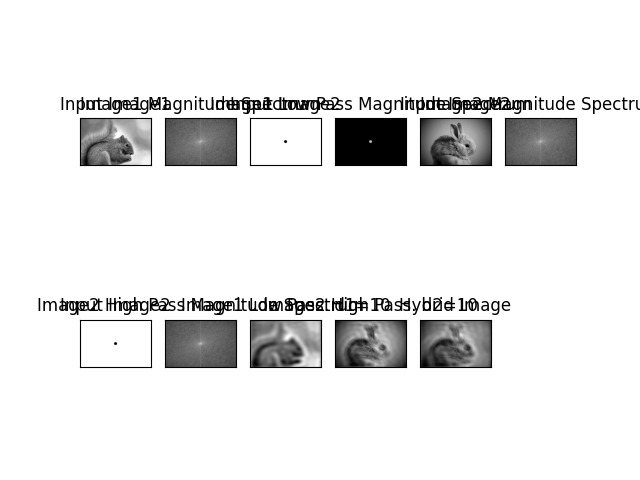
Repository: Yuer-yuan/CV
Script's output: python lab1-hybrid-image/gui/fft.py
These files come from the project's save history. The script's output is drawn as it stood at one moment and after the next save; the edit follows.
Random numbers start from a fixed seed. It also reads lab1-hybrid-image/gui/res/bunny1.png, lab1-hybrid-image/gui/res/squirrel1.png.

Above is the script's output before, as saved 2023-03-26 21:25:49.

### lab1-hybrid-image/gui/fft.py
import cv2
import numpy as np
from matplotlib import pyplot as plt

pairs = [
    ('res/squirrel1.png', 'res/bunny1.png'),
    ('res/cat.jpg', 'res/dog.jpg'),
    ('res/donkey1.png', 'res/zebra1.png'),
]
ksize1, sigma1, ksize2, sigma2 = 39, 11, 21, 5
d1, d2 = 10, 10


def ideal_spectral_filter(shape, d, type='lowpass'):
    m, n = shape
    basic_element = 0 if type == 'lowpass' else 1
    h = np.full((m, n), basic_element, dtype=np.float32)
    for i in range(m):
        for j in range(n):
            if np.sqrt((i - m / 2) ** 2 + (j - n / 2) ** 2) <= d:
                    h[i, j] = ~basic_element
    return h


def spatial_hybrid_image(img1, img2, ksize1, sigma1, ksize2, sigma2):
    img1_low_pass = cv2.GaussianBlur(img1, (ksize1, ksize1), sigma1)
    img2_high_pass = cv2.subtract(img2, cv2.GaussianBlur(img2, (ksize2, ksize2), sigma2))
    hybrid_image = cv2.add(img1_low_pass, img2_high_pass)

    plt.subplot(321), plt.imshow(img1, cmap='gray')
    plt.title('Input Image1'), plt.xticks([]), plt.yticks([])
    plt.subplot(322), plt.imshow(img1_low_pass, cmap='gray')
    plt.title(f'Image1 Low Pass. ksize1 = {ksize1}, sigma1 = {sigma1}'), plt.xticks([]), plt.yticks([])
    plt.subplot(323), plt.imshow(hybrid_image, cmap='gray')
    plt.title('Hybrid Image'), plt.xticks([]), plt.yticks([])
    plt.subplot(324), plt.imshow(img2, cmap='gray')
    plt.title('Input Image2'), plt.xticks([]), plt.yticks([])
    plt.subplot(325), plt.imshow(img2_high_pass, cmap='gray')
    plt.title(f'Image2 High Pass. ksize2 = {ksize2}, sigma2 = {sigma2}'), plt.xticks([]), plt.yticks([])
    plt.show()


def spectral_hybrid_image(image1, image2, d1, d2):  # ref: https://www.youtube.com/watch?v=YVBxM64kpkU
    f1 = np.fft.fft2(np.float32(image1))
    f2 = np.fft.fft2(np.float32(image2))
    f1shift = np.fft.fftshift(f1)
    f2shift = np.fft.fftshift(f2)
    h1 = ideal_spectral_filter(f1.shape, d1, type='lowpass')
    h2 = ideal_spectral_filter(f2.shape, d2, type='highpass')
    f1_filtered = f1shift * h1
    f2_filtered = f2shift * h2
    f1_filtered_shift = np.fft.ifftshift(f1_filtered)
    f2_filtered_shift = np.fft.ifftshift(f2_filtered)
    f1_filtered_ifft = np.fft.ifft2(f1_filtered_shift)
    f2_filtered_ifft = np.fft.ifft2(f2_filtered_shift)
    hybrid_image = np.abs(f1_filtered_ifft) + np.abs(f2_filtered_ifft)

    plt.subplot(2, 6, 1), plt.imshow(image1, cmap='gray')
    plt.title('Input Image1'), plt.xticks([]), plt.yticks([])
    plt.subplot(2, 6, 2), plt.imshow(np.log1p(np.abs(f2shift)), cmap='gray')
    plt.title('Image1 Magnitude Spectrum'), plt.xticks([]), plt.yticks([])
    plt.subplot(2, 6, 3), plt.imshow(h1, cmap='gray')
    plt.title('Input Image2'), plt.xticks([]), plt.yticks([])
    plt.subplot(2, 6, 4), plt.imshow(np.log1p(np.abs(f1_filtered)), cmap='gray')
    plt.title('Image1 Low Pass Magnitude Spectrum'), plt.xticks([]), plt.yticks([])
    plt.subplot(2, 6, 5), plt.imshow(image2, cmap='gray')
    plt.title('Input Image2'), plt.xticks([]), plt.yticks([])
    plt.subplot(2, 6, 6), plt.imshow(np.log1p(np.abs(f2shift)), cmap='gray')
    plt.title('Image2 Magnitude Spectrum'), plt.xticks([]), plt.yticks([])
    plt.subplot(2, 6, 7), plt.imshow(h2, cmap='gray')
    plt.title('Input Image2'), plt.xticks([]), plt.yticks([])
    plt.subplot(2, 6, 8), plt.imshow(np.log1p(np.abs(f2_filtered)), cmap='gray')
    plt.title('Image2 High Pass Magnitude Spectrum'), plt.xticks([]), plt.yticks([])
    plt.subplot(2, 6, 9), plt.imshow(np.abs(f1_filtered_ifft), cmap='gray')
    plt.title(f'Image1 Low Pass. d1={d1}'), plt.xticks([]), plt.yticks([])
    plt.subplot(2, 6, 10), plt.imshow(np.abs(f2_filtered_ifft), cmap='gray')
    plt.title(f'Image2 High Pass. d2={d2}'), plt.xticks([]), plt.yticks([])
    plt.subplot(2, 6, 11), plt.imshow(hybrid_image, cmap='gray')
    plt.title('Hybrid Image'), plt.xticks([]), plt.yticks([])
    plt.show()
    return hybrid_image


if __name__ == '__main__':
    pair_idx = 0
    img1 = cv2.imread(pairs[pair_idx][0], 0)    # read as grayscale
    img2 = cv2.imread(pairs[pair_idx][1], 0)

    # spatial_hybrid_image(img1, img2, ksize1, sigma1, ksize2, sigma2)
    spectral_hybrid_image(img1, img2, d1, d2)

After the next save:
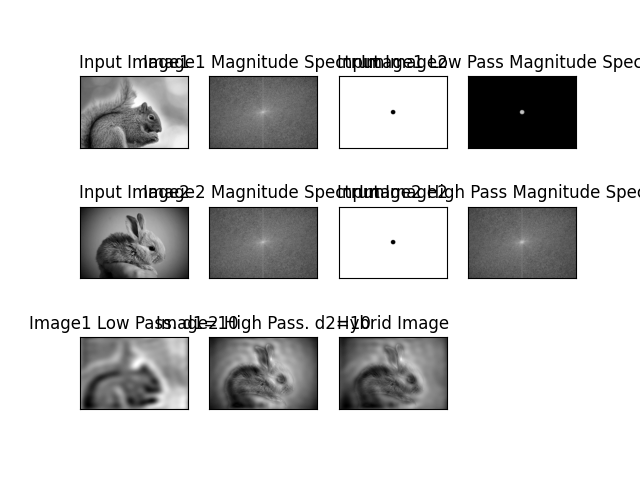
Saved 91 s later.
--- a/lab1-hybrid-image/gui/fft.py
+++ b/lab1-hybrid-image/gui/fft.py
@@ -55,27 +55,27 @@ def spectral_hybrid_image(image1, image2, d1, d2):  # ref: https://www.youtube.c
     f2_filtered_ifft = np.fft.ifft2(f2_filtered_shift)
     hybrid_image = np.abs(f1_filtered_ifft) + np.abs(f2_filtered_ifft)
 
-    plt.subplot(2, 6, 1), plt.imshow(image1, cmap='gray')
+    plt.subplot(3, 4, 1), plt.imshow(image1, cmap='gray')
     plt.title('Input Image1'), plt.xticks([]), plt.yticks([])
-    plt.subplot(2, 6, 2), plt.imshow(np.log1p(np.abs(f2shift)), cmap='gray')
+    plt.subplot(3, 4, 2), plt.imshow(np.log1p(np.abs(f2shift)), cmap='gray')
     plt.title('Image1 Magnitude Spectrum'), plt.xticks([]), plt.yticks([])
-    plt.subplot(2, 6, 3), plt.imshow(h1, cmap='gray')
+    plt.subplot(3, 4, 3), plt.imshow(h1, cmap='gray')
     plt.title('Input Image2'), plt.xticks([]), plt.yticks([])
-    plt.subplot(2, 6, 4), plt.imshow(np.log1p(np.abs(f1_filtered)), cmap='gray')
+    plt.subplot(3, 4, 4), plt.imshow(np.log1p(np.abs(f1_filtered)), cmap='gray')
     plt.title('Image1 Low Pass Magnitude Spectrum'), plt.xticks([]), plt.yticks([])
-    plt.subplot(2, 6, 5), plt.imshow(image2, cmap='gray')
+    plt.subplot(3, 4, 5), plt.imshow(image2, cmap='gray')
     plt.title('Input Image2'), plt.xticks([]), plt.yticks([])
-    plt.subplot(2, 6, 6), plt.imshow(np.log1p(np.abs(f2shift)), cmap='gray')
+    plt.subplot(3, 4, 6), plt.imshow(np.log1p(np.abs(f2shift)), cmap='gray')
     plt.title('Image2 Magnitude Spectrum'), plt.xticks([]), plt.yticks([])
-    plt.subplot(2, 6, 7), plt.imshow(h2, cmap='gray')
+    plt.subplot(3, 4, 7), plt.imshow(h2, cmap='gray')
     plt.title('Input Image2'), plt.xticks([]), plt.yticks([])
-    plt.subplot(2, 6, 8), plt.imshow(np.log1p(np.abs(f2_filtered)), cmap='gray')
+    plt.subplot(3, 4, 8), plt.imshow(np.log1p(np.abs(f2_filtered)), cmap='gray')
     plt.title('Image2 High Pass Magnitude Spectrum'), plt.xticks([]), plt.yticks([])
-    plt.subplot(2, 6, 9), plt.imshow(np.abs(f1_filtered_ifft), cmap='gray')
+    plt.subplot(3, 4, 9), plt.imshow(np.abs(f1_filtered_ifft), cmap='gray')
     plt.title(f'Image1 Low Pass. d1={d1}'), plt.xticks([]), plt.yticks([])
-    plt.subplot(2, 6, 10), plt.imshow(np.abs(f2_filtered_ifft), cmap='gray')
+    plt.subplot(3, 4, 10), plt.imshow(np.abs(f2_filtered_ifft), cmap='gray')
     plt.title(f'Image2 High Pass. d2={d2}'), plt.xticks([]), plt.yticks([])
-    plt.subplot(2, 6, 11), plt.imshow(hybrid_image, cmap='gray')
+    plt.subplot(3, 4, 11), plt.imshow(hybrid_image, cmap='gray')
     plt.title('Hybrid Image'), plt.xticks([]), plt.yticks([])
     plt.show()
     return hybrid_image
